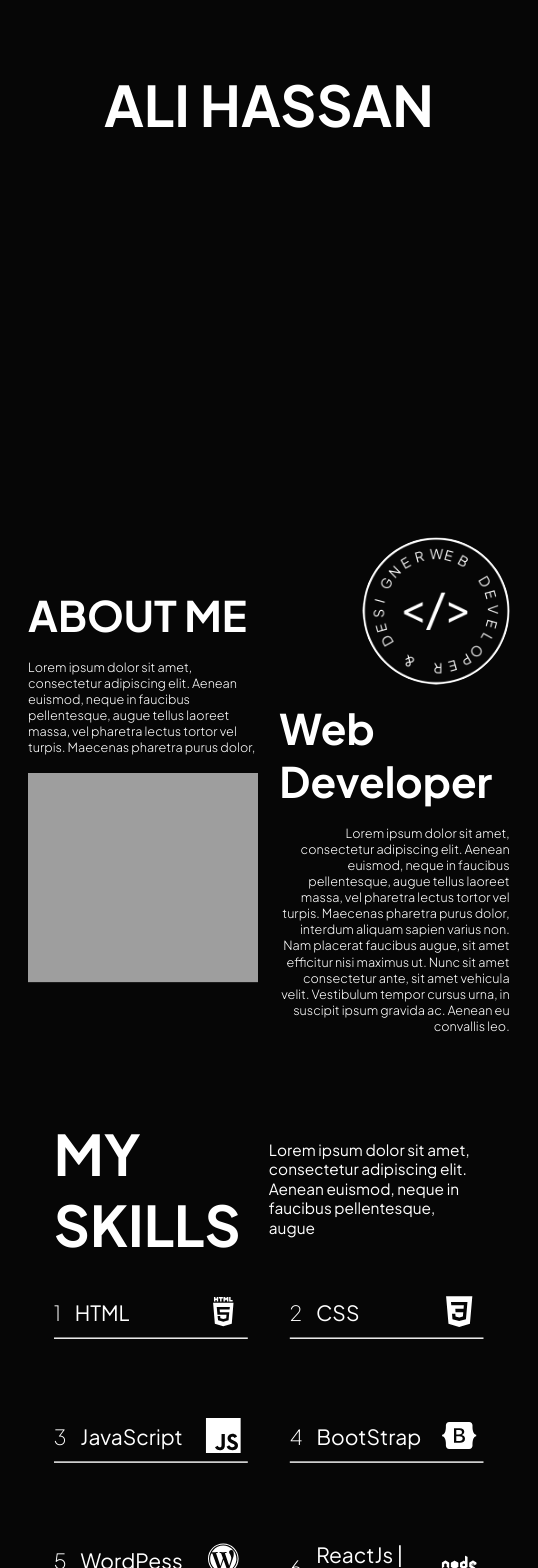
Repository: AliHassan02-Dev/PORTFOLIO
Page: / (app in Front-end/)
An editor plug-in stored every save of this project. The page is shown before and after the next save, followed by the edit.
The browser window is 768 px wide. The pictures show the part of the page from y = 444 to 2684 px (the page is 4042 px tall), at 70% of full size.
Pictures or frames that could not be fetched are drawn as grey boxes. The project was rebuilt for these pictures with package versions that can differ from the ones it lists, and the page was loaded fresh each time. Also part of the build but not shown: Front-end/vite.config.js, Front-end/src/Pages/Projects.jsx, Front-end/src/Pages/AllProjects.jsx, Front-end/src/Components/ProjectPreview.jsx.

Above is the page before, as saved 2024-08-24 07:28:51.

### Front-end/src/main.jsx
import React from 'react'
import ReactDOM from 'react-dom/client'
import App from './App.jsx'
import './App.css'
import { BrowserRouter, Route, Routes } from 'react-router-dom'
import AllProjects from './Pages/AllProjects.jsx'
import ProjectPreview from './Components/ProjectPreview.jsx'

ReactDOM.createRoot(document.getElementById('root')).render(
  <>
    <BrowserRouter>
      <Routes>
        <Route path='/' element={<App />} />
        <Route path='/Projects' element={<AllProjects />} />
        <Route path='/projects/projectPreview' element={<ProjectPreview />} />
      </Routes>
    </BrowserRouter>
  </>
)

### Front-end/src/App.jsx
import React, { useRef, useState } from "react";

import gsap from "gsap";
import { ScrollTrigger } from "gsap/ScrollTrigger";
import Home from "./Pages/Home";
import About from "./Pages/About";
import Skills from "./Pages/Skills";
import Projects from "./Pages/Projects";
import Footer from "./Components/Footer";
import Navbar from "./Components/Navbar";
import { Link } from "react-router-dom";
import ProjectsBox from "./Components/ProjectsBox";
gsap.registerPlugin(ScrollTrigger);

const App = () => {
  const [clickedOnOpen, setClickedOnOpen] = useState(false);
  console.log(clickedOnOpen);

  const tlMenu = gsap.timeline();
  if (clickedOnOpen === true) {
    tlMenu.to(".menu", {
      transform: "translateY(0%)",
      opacity: 1,
      duration: 1,
      ease: "bounce.out",
    });
  }
  if (clickedOnOpen === false) {
    tlMenu.to(".menu", {
      transform: "translateY(-100%)",
      opacity: 0,
      duration: 1,
      ease: "bounce.out",
    });
  }

  return (
    <div className="mainWrapper">
      <div className="menu">
        <div className="links">
          <a href="">Home</a>
          <a href="">About</a>
          <a href="">Skills</a>
          <a href="">Projects</a>
          <a href="" id="cv">
            Download CV
          </a>
        </div>
      </div>

      <Navbar
        clickedOnOpen={clickedOnOpen}
        setClickedOnOpen={setClickedOnOpen}
      />

      {/* HOME SECTION */}
      <Home />

      {/* ABOUT SECTION */}
      <About />

      {/* SKILLS SECTION */}
      <Skills />

      {/* PROJECTS SECTION */}
      <div className="projectsContainer">
        <div className="topBar">
          <div className="left">
            <h2>Recent Projects</h2>
          </div>
          <div className="right">
            <button>
              <Link to={"/projects"}>View All Projects</Link>
            </button>
          </div>
        </div>

        {<ProjectsBox />}
      </div>

      {/* FOOTER SECTION */}
      <Footer />
    </div>
  );
};

export default App;

### Front-end/src/App.css
@import url("https://fonts.googleapis.com/css2?family=Plus+Jakarta+Sans:ital,wght@0,200..800;1,200..800&display=swap");
* {
  margin: 0;
  padding: 0;
  box-sizing: border-box;
}

body {
  width: 100%;
  height: 100%;
  background-color: #060606;
  color: white;
  font-family: "Plus Jakarta Sans", sans-serif;
}

.mainWrapper {
  width: 100%;
  height: 100%;
  position: relative;
  overflow: hidden;
}

/* HOME CONTAINER CSS */
.homeContainer {
  width: 100vw;
  height: 1000px;
  display: flex;
  flex-direction: column;
}

/* NAVBAR CSS */
/* MENU CSS */
.menu {
  width: 100%;
  height: 1000px;
  position: fixed;
  background-color: #060606;
  transform: translateY(-100%);
  z-index: 20;
  display: flex;
  justify-content: center;
  align-items: center;
  opacity: 0;
}

.menu .links {
  width: 100%;
  display: flex;
  justify-content: center;
  align-items: center;
  flex-direction: column;
  height: 100%;
  gap: 40px;
}

.menu .links a {
  color: white;
  font-size: 40px;
  font-weight: 400;
  text-decoration: none;
  position: relative;
  padding-bottom: 10px;
}
.menu .links a::before {
  content: "";
  position: absolute;
  width: 0%;
  height: 2px;
  background-color: white;
  bottom: 0;
  left: 50%;
  transform: translateX(-50%);
  transition: all 0.3s ease-out;
}
.menu .links a:hover::before {
  width: 100%;
}

.navBar {
  margin: 30px auto;
  width: 80%;
  display: flex;
  justify-content: space-between;
  align-items: center;
  padding: 0px 20px;
  position: relative;
  /* left: 50%;
  transform: translateX(-50%); */
  z-index: 25;
}

.navBar a {
  text-decoration: none;
  font-size: 25px;
  font-weight: 600;
  color: white;
}

.navBar .menuBtn,
.navBar .menuBtn-active {
  width: 30px;
  height: 30px;
  display: flex;
  justify-content: center;
  align-items: flex-end;
  flex-direction: column;
  overflow: hidden;
  cursor: pointer;
  transition: all 0.3s ease-in-out;
  opacity: 1 !important;
}
.navBar .menuBtn span,
.navBar .menuBtn-active span {
  width: 100%;
  height: 3px;
  background-color: white;
  border-radius: 20px;
  cursor: pointer;
  transition: all 0.3s ease-in-out;
  opacity: 1 !important;
}
.navBar .menuBtn #line1 {
  transform: translateY(-8px);
}
.navBar .menuBtn #line2 {
  width: 70%;
}
.navBar .menuBtn #line3 {
  width: 40%;
  transform: translateY(8px);
}
/* ACTIVE CLASSES */
.navBar .menuBtn-active {
  width: 30px;
  height: 30px;
  transition: all 0.3s ease-in-out;
}

.navBar .menuBtn-active #line1 {
  transform: translateY(5px) rotate(45deg) !important;
}
.navBar .menuBtn-active #line2 {
  width: 70%;
  transform: translateX(150%) !important;
}
.navBar .menuBtn-active #line3 {
  width: 100%;
  transform: translateY(-1px) rotate(-45deg) !important;
}

/* HERO SECTION CSS */
.homeContainer .heroContainer {
  width: 100%;
  height: 100%;
  display: flex;
  flex-direction: column;
  justify-content: center;
  align-items: center;
  position: relative;
}

.homeContainer .heroContainer h2 {
  font-size: 180px;
  font-weight: bold;
  position: absolute;
  text-wrap: nowrap;
}
.homeContainer .heroContainer .nonStroke {
  z-index: 5;
}
.homeContainer .heroContainer .strokeText1,
.homeContainer .heroContainer .strokeText2 {
  -webkit-text-stroke: 2px #fff;
  -webkit-text-fill-color: #060606;
  opacity: 0;
}
.homeContainer .heroContainer .strokeText1 {
  transform: translateY(0%);
}
.homeContainer .heroContainer .strokeText2 {
  transform: translateY(0%);
}

/* HERO SECTION RESPONSIVE CSS */

@media (max-width: 1200px) {
  .homeContainer .heroContainer h2 {
    font-size: 110px;
  }
}

@media (max-width: 967px) {
  .homeContainer .heroContainer h2 {
    font-size: 80px;
  }
}

@media (max-width: 767px) {
  .homeContainer .heroContainer h2 {
    font-size: 70px;
  }
}

@media (max-width: 567px) {
  .homeContainer .heroContainer h2 {
    font-size: 50px;
  }
}

/* HERO SECTION END */

/* ABOUT SECTION CSS */
.mainWrapper .aboutContainer {
  width: 80%;
  height: 1000px;
  display: flex;
  justify-content: center;
  align-items: center;
  margin: auto;
  gap: 30px;
}

.mainWrapper .aboutContainer .left,
.mainWrapper .aboutContainer .right {
  flex: 1;
  display: flex;
  flex-direction: column;
  gap: 25px;
  overflow: hidden;
}

.mainWrapper .aboutContainer .left h2 {
  color: white;
  font-size: 80px;
  font-weight: bold;
}

.mainWrapper .aboutContainer .left p {
  color: white;
  font-size: 22px;
  font-weight: 300;
}

.mainWrapper .aboutContainer .left .imageBox {
  width: 100%;
  height: 350px;
  background-image: url(./assets/2.jpg);
  background-position: center;
  background-repeat: no-repeat;
  background-size: cover;
  transform-origin: top;
}

.mainWrapper .aboutContainer .right {
  align-items: flex-end;
}

.mainWrapper .aboutContainer .right .circleImg {
  width: 300px;
  height: 300px;
  border-radius: 100%;
  background-image: url(./assets/circleText.png);
  background-position: center;
  background-repeat: no-repeat;
  background-size: cover;
}

.mainWrapper .aboutContainer .right h2 {
  color: white;
  font-size: 80px;
  font-weight: bold;
}

.mainWrapper .aboutContainer .right p {
  color: white;
  font-size: 22px;
  font-weight: 300;
  text-align: right;
}

/* ABOUT SECTION RESPONSIVE */

@media (max-width: 1200px) {
  .mainWrapper .aboutContainer {
    width: 90%;
    height: auto;
    margin: 100px auto;
  }

  .mainWrapper .aboutContainer .left h2 {
    font-size: 60px;
  }

  .mainWrapper .aboutContainer .left p {
    font-size: 18px;
  }

  .mainWrapper .aboutContainer .left .imageBox {
    height: 300px;
  }

  .mainWrapper .aboutContainer .right .circleImg {
    width: 210px;
    height: 210px;
  }

  .mainWrapper .aboutContainer .right h2 {
    font-size: 60px;
  }

  .mainWrapper .aboutContainer .right p {
    font-size: 18px;
  }
}

@media (max-width: 768px) {
  .mainWrapper .aboutContainer {
    width: 100%;
    height: 100%;
    display: flex;
    justify-content: center;
    align-items: center;
    margin: 100px auto;
    gap: 30px;
    padding: 20px 40px;
  }
}

/* ABOUT SECTION CSS END */

/* SKILLS SECTION CSS */
.mainWrapper .skillsContainer {
  width: 80%;
  height: 1000px;
  display: flex;
  justify-content: center;
  flex-direction: column;
  margin: auto;
  gap: 30px;
  overflow: hidden;
}

.mainWrapper .skillsContainer .top {
  width: 100%;
  display: flex;
  justify-content: space-between;
  align-items: center;
}

.mainWrapper .skillsContainer .top .left,
.mainWrapper .skillsContainer .top .right {
  flex: 1;
}

.mainWrapper .skillsContainer .top .left h2 {
  font-size: 80px;
  font-weight: bold;
  color: white;
}
.mainWrapper .skillsContainer .top .right p {
  font-size: 22px;
}

.mainWrapper .skillsContainer .bottom {
  width: 100%;
  display: flex;
  justify-content: space-between;
  align-items: flex-start;
  margin: 20px 0px;
}

.mainWrapper .skillsContainer .bottom {
  width: 100%;
  height: 100%;
  display: grid;
  grid-template-columns: 1fr 1fr;
  grid-template-rows: auto auto auto auto;
  gap: 0px 60px;
}
.mainWrapper .skillsContainer .bottom .skillBar {
  width: 100%;
  display: flex;
  justify-content: space-between;
  align-items: center;
  padding-bottom: 10px;
  position: relative;
  cursor: pointer;
}
.mainWrapper .skillsContainer .bottom .skillBar .left {
  display: flex;
  align-items: center;
  gap: 20px;
}

.mainWrapper .skillsContainer .bottom .skillBar .left p {
  color: white;
  font-size: 30px;
  font-weight: 200;
}
.mainWrapper .skillsContainer .bottom .skillBar .left h2 {
  color: white;
  font-size: 30px;
  font-weight: 400;
}

.mainWrapper .skillsContainer .bottom .skillBar .right .skillLogo {
  font-size: 50px;
  color: white;
  margin-right: 10px;
}

/* PROJECTS SECTION CSS */
.mainWrapper .projectContainer {
  width: 80%;
  height: 1000px;
  display: flex;
  justify-content: center;
  flex-direction: column;
  margin: auto;
  gap: 30px;
}

.mainWrapper .projectContainer .top {
  width: 100%;
  display: flex;
  justify-content: space-between;
  align-items: center;
}

.mainWrapper .projectContainer .top .left,
.mainWrapper .projectContainer .top .right {
  flex: 1;
}

.mainWrapper .projectContainer .top .left h2 {
  font-size: 80px;
  font-weight: bold;
  color: white;
}
.mainWrapper .projectContainer .top .right p {
  font-size: 22px;
}

.mainWrapper .projectContainer .bottom {
  width: 100%;
  display: flex;
  margin-top: 50px;
}

.mainWrapper .projectContainer .bottom {
  display: flex;
  flex-direction: column;
  overflow: hidden;
  gap: 100px;
}

.mainWrapper .projectContainer .bottom .projectBar {
  display: flex;
  justify-content: space-between;
  align-items: center;
  padding-bottom: 5px;
  position: relative;
  cursor: pointer;
  cursor: pointer;
}
.line {
  width: 100%;
  height: 2px;
  background-color: white;
  position: absolute;
  bottom: 0;
  left: 0;
}
.projectLine {
  width: 100%;
  height: 2px;
  background-color: white;
  position: absolute;
  bottom: 0;
  left: 0;
}
.mainWrapper .projectContainer .bottom .projectBar .left {
  display: flex;
  align-items: center;
  gap: 20px;
}

.mainWrapper .projectContainer .bottom .projectBar .left p {
  color: white;
  font-size: 30px;
  font-weight: 200;
}
.mainWrapper .projectContainer .bottom .projectBar .left h2 {
  color: white;
  font-size: 30px;
  font-weight: 400;
}

.mainWrapper .projectContainer .bottom .projectBar .right .arrow {
  font-size: 30px;
  color: white;
  margin-right: 10px;
  transform: rotate(-40deg);
}

/* HORIZONTAL SCROLING CSS */

.aboutSection,
.skillsSection,
.projectSection {
  width: 100vw;
  height: 1000px;
}

.aboutSection {
  background-color: burlywood;
}

.skillsSection {
  background-color: peru;
}

.projectSection {
  background-color: palegoldenrod;
}

.horizontalScrolling {
  display: flex;
  flex-wrap: nowrap;
}

/* .containers {
  position: absolute;
  top: 0 !important;
  left: 50% !important;
  transform: translateX(100%) !important;
} */

/* RIBBONS SECTION CSS */
.mainWrapper .ribbonContainer {
  width: 100%;
  display: flex;
  align-items: center;
  margin: 50px 0px;
}

.mainWrapper .ribbonContainer p {
  color: white;
  font-size: 80px;
  font-weight: bold;
  text-wrap: nowrap;
}
.mainWrapper .ribbonContainer span {
  -webkit-text-stroke: 1px #fff;
  -webkit-text-fill-color: #060606;
}

/* FOOTER SECTION CSS */
.footer {
  width: 100%;
  display: flex;
  justify-content: space-between;
  align-items: center;
  width: 80%;
  margin: 40px auto;
}

.footer .left {
  display: flex;
  flex-direction: column;
  gap: 20px;
}

.footer .left .socialLinks {
  display: flex;
  align-items: center;
  gap: 20px;
}
.footer .left .socialLinks a {
  font-size: 20px;
  font-weight: 400;
  color: white;
  text-decoration: none;
}
.footer .left p {
  color: white;
  font-size: 18px;
  font-weight: 200;
}

.footer .right h2 {
  font-size: 40px;
  font-weight: 600;
  color: white;
  cursor: pointer;
}

/* ALL PROJECTS PAGE CSS */
.projectsContainer {
  width: 80%;
  height: 100%;
  margin: auto;
  padding: 40px 10px;
}

.projectsContainer .topBar {
  width: 100%;
  display: flex;
  justify-content: space-between;
  align-items: center;
}

.projectsContainer .topBar .left h2 {
  font-size: 60px;
  font-weight: bold;
  color: white;
}

.projectsContainer .topBar .right button {
  background: none;
  border: none;
  outline: none;
  position: relative;
  overflow: hidden;
}

.projectsContainer .topBar .right button a {
  color: white;
  font-size: 22px;
  font-weight: 400;
  text-decoration: none;
  position: relative;
  display: block;
  padding-bottom: 5px;
  transition: 0.3s transform linear;
}
.projectsContainer .topBar .right button a::before {
  content: "";
  position: absolute;
  width: 100%;
  height: 2px;
  background-color: white;
  bottom: 0%;
  transform: translateX(200%);
  display: block;
  transition: 0.3s transform linear;
}
.projectsContainer .topBar .right button:hover a::before {
  transform: translateX(0%);
  transition: 0.3s transform linear;
}

.projectsContainer .hdg {
  font-size: 60px;
  font-weight: bold;
  color: white;
}

.projectsContainer .projectsWrapper {
  width: 100%;
  height: 100%;
  display: grid;
  grid-template-columns: 1fr 1fr 1fr;
  gap: 25px;
  margin: 50px 0px;
}

.projectsContainer .projectsWrapper .projectBox {
  width: 100%;
  max-width: 520px;
  height: 520px;
  margin-bottom: 20px;
}

.projectsContainer .projectsWrapper .projectBox .thumbnail {
  width: 100%;
  height: 100%;
  position: relative;
  overflow: hidden;
}

.projectsContainer .projectsWrapper .projectBox .thumbnail img {
  width: 100%;
  height: 100%;
  object-fit: cover;
  border-radius: 10px;
}

.projectsContainer .projectsWrapper .projectBox .thumbnail .overlay {
  width: 100%;
  height: 100%;
  display: flex;
  justify-content: center;
  align-items: center;
  gap: 40px;
  background-color: rgba(0, 0, 0, 0.6);
  position: absolute;
  top: -100%;
  transition: all 0.3s ease-in-out;
  border-radius: 10px;
}
.projectsContainer .projectsWrapper .projectBox .thumbnail:hover .overlay {
  top: 0;
}

.projectsContainer .projectsWrapper .projectBox .thumbnail .overlay .iconBox {
  display: flex;
  justify-content: center;
  align-items: center;
  padding: 15px;
  border-radius: 100%;
  cursor: pointer;
  transition: all 0.3s ease-in-out;
}
.projectsContainer
  .projectsWrapper
  .projectBox
  .thumbnail
  .overlay
  .iconBox:hover {
  background-color: rgba(255, 255, 255, 0.25);
  backdrop-filter: blur(20px);
}

.projectsContainer .projectsWrapper .projectBox .thumbnail .overlay .linkIcon {
  font-size: 25px;
  color: white;
}

/* PROJECT DETAILS CSS */
.projectDetails {
  width: 80%;
  height: 100%;
  display: flex;
  justify-content: space-between;
  margin: 40px auto;
  gap: 40px;
}

.projectDetails .left {
  flex: 2;
}

.projectDetails .left img {
  width: 100%;
}

.projectDetails .right {
  flex: 1;
  display: flex;
  flex-direction: column;
  gap: 40px;
  margin: 20px 0px;
}

.projectDetails .right .projectContent {
  width: 100%;
  padding: 20px;
  display: flex;
  flex-direction: column;
  gap: 20px;
  border-bottom: 1px solid rgba(255, 255, 255, 0.45);
}

.projectDetails .right .projectContent h2 {
  color: white;
  font-size: 25px;
  font-weight: 600;
}

.projectDetails .right .projectContent p {
  color: white;
  font-size: 20px;
  font-weight: 400;
}

.projectDetails .right .projectTechnology {
  border-bottom: 1px solid rgba(255, 255, 255, 0.45);
  width: 100%;
  padding: 20px;
  display: flex;
  justify-content: center;
  flex-direction: column;
  gap: 20px;
}

.projectDetails .right .projectTechnology h2 {
  color: white;
  font-size: 24px;
  font-weight: 600;
}

.projectDetails .right .projectTechnology .icons {
  display: flex;
  align-items: center;
  gap: 40px;
  flex-wrap: wrap;
}

.projectDetails .right .projectTechnology .techName {
  color: white;
  font-size: 60px;
  cursor: pointer;
  padding: 8px;
  transition: 0.3s ease-in-out;
}

.techName {
  color: white;
  font-size: 40px;
  cursor: pointer;
  padding: 8px;
  transition: 0.3s ease-in-out;
}

/* SKILL LOGOS COLOR */
.projectDetails .right .projectTechnology .techName:hover.html {
  background-color: #f16529;
  padding: 8px;
  border-radius: 5px;
}
.projectDetails .right .projectTechnology .techName:hover.css {
  background-color: #264de4;
  padding: 8px;
  border-radius: 5px;
}
.projectDetails .right .projectTechnology .techName:hover.js {
  color: #f7e018 !important;
  padding: 8px;
}
.projectDetails .right .projectTechnology .techName:hover.react {
  background-color: #61dbfb;
  padding: 8px;
  border-radius: 5px;
}
.projectDetails .right .projectTechnology .techName:hover.wordpress {
  background-color: #21759b;
  padding: 8px;
  border-radius: 5px;
}
.projectDetails .right .projectTechnology .techName:hover.node,
.projectDetails .right .projectTechnology .techName:hover.mongodb {
  background-color: #539e43;
  padding: 8px;
  border-radius: 5px;
}
.projectDetails .right .projectTechnology .techName:hover.vite {
  background: linear-gradient(
    90deg,
    rgba(88, 194, 254, 1) 0%,
    rgba(175, 83, 255, 1) 100%
  );
  padding: 8px;
  border-radius: 5px;
}

.techName:hover.figma {
  background: linear-gradient(
    180deg,
    rgba(242, 78, 30, 1) 0%,
    rgba(255, 114, 98, 1) 25%,
    rgba(162, 89, 255, 1) 50%,
    rgba(26, 188, 254, 1) 75%,
    rgba(10, 207, 131, 1) 100%
  );
  padding: 8px;
  border-radius: 5px;
}
.techName:hover.website {
  background: gray;
  padding: 8px;
  border-radius: 5px;
}

.projectDetails .right .links {
  border-bottom: 1px solid rgba(255, 255, 255, 0.45);
  width: 100%;
  padding: 20px;
  display: flex;
  flex-direction: column;
  justify-content: center;
  gap: 20px;
}

.projectDetails .right .links h2 {
  color: white;
  font-size: 24px;
  font-weight: 600;
}

.projectDetails .right .links .icons {
  display: flex;
  align-items: center;
  flex-direction: row;
  gap: 20px;
}

.projectDetails .right .links .linkIcon {
  color: white;
  font-size: 50px;
  padding: 10px;
  border-radius: 100%;
  cursor: pointer;
  transition: 0.3s ease-in-out;
}
.projectDetails .right .links .linkIcon:hover {
  background-color: rgba(255, 255, 255, 0.25);
  backdrop-filter: blur(20px);
}

### Front-end/src/Pages/Home.jsx
import React from 'react'
import { useGSAP } from '@gsap/react';
import gsap from 'gsap';
import { ScrollTrigger } from 'gsap/ScrollTrigger';
import Navbar from '../Components/Navbar';
gsap.registerPlugin(ScrollTrigger);

const Home = () => {

    // useGSAP(() => {
    //     // HOME SECTION ANIMATIONS

    //     let tlHome = gsap.timeline({
    //         scrollTrigger: {
    //             trigger: '.homeContainer',
    //             scoller: 'body',
    //             markers: true,
    //             start: 'top 0%',
    //             end: 'top -100%',
    //             scrub: 1,
    //             pin: true,
    //         }
    //     })

    //     tlHome.from('.homeContainer .heroContainer .nonStroke', {
    //         opacity: 0,
    //         duration: 1,
    //     })
    //     tlHome.to('.homeContainer .heroContainer .strokeText1', {
    //         transform: 'translateY(-80%)',
    //         opacity: 1,
    //         duration: 1,
    //     })
    //     tlHome.to('.homeContainer .heroContainer .strokeText2', {
    //         transform: 'translateY(80%)',
    //         opacity: 1,
    //         duration: 1,
    //     })
    // })

    return (
        <div className='homeContainer'>
            {/* <Navbar /> */}
            <div className="heroContainer">
                <h2 className='strokeText1'>WEB DEVELOPER</h2>
                <h2 className='nonStroke'>ALI HASSAN</h2>
                <h2 className='strokeText2'>WEB DESIGNER</h2>
            </div>
        </div>
    )
}

export default Home

### Front-end/src/Components/Footer.jsx
import React from "react";

const Footer = () => {
  return (
    <div className="footer">
      <div className="left">
        <p>All Rights Reserved By AHS 2024</p>
      </div>
      <div className="right">
        <h2>LET'S TALK</h2>
      </div>
    </div>
  );
};

export default Footer;

### Front-end/src/Components/Navbar.jsx
import React, { useEffect, useState } from 'react'
import { useGSAP } from '@gsap/react';
import gsap from 'gsap';
import { ScrollTrigger } from 'gsap/ScrollTrigger';
gsap.registerPlugin(ScrollTrigger)

const Navbar = ({ setClickedOnOpen, clickedOnOpen }) => {

    const handleClick = () => {
        setClickedOnOpen(!clickedOnOpen)
    }
    // useGSAP(() => {
    //     gsap.from('.navBar a', {
    //         transform: 'translateY(-10px)',
    //         opacity: 0,
    //         duration: 0.5,
    //         delay: 0.5
    //     })
    //     gsap.from('.navBar .menuBtn, .navBar .menuBtn-active', {
    //         transform: 'translateY(-10px)',
    //         opacity: 0,
    //         duration: 0.5,
    //         delay: 0.8
    //     })
    //     gsap.from('.navBar .menuBtn span, .navBar .menuBtn-active span', {
    //         transform: 'translateX(200px)',
    //         opacity: 0,
    //         duration: 0.5,
    //         delay: 1,
    //         stagger: 0.3
    //     })
    // })
    return (
        <div className='navBar'>
            {/* <div className="left"> */}
            <a href="">PORTFOLIO</a>
            {/* </div> */}
            {/* <div className="right"> */}
            <div className={`${clickedOnOpen ? 'menuBtn-active' : 'menuBtn'}`} onClick={handleClick}>
                <span id='line1'></span>
                <span id='line2'></span>
                <span id='line3'></span>
                {/* </div> */}
            </div>
        </div>
    )
}

export default Navbar

### Front-end/src/Components/ProjectsBox.jsx
import React from "react";
import { GoLink } from "react-icons/go";
import { FaArrowUpRightFromSquare } from "react-icons/fa6";
import { projectsData } from "../data";
import { Link, useNavigate } from "react-router-dom";

const ProjectsBox = () => {
  const navigate = useNavigate();

  return (
    <div className="projectsWrapper">
      {projectsData?.map((projects) => {
        return (
          <div className="projectBox">
            <div className="thumbnail">
              <img src={projects?.thumbnail} alt="" />
              <div className="overlay">
                <div className="iconBox">
                  <Link target={"_blank"} to={projects?.websiteLink}>
                    <GoLink className="linkIcon" />
                  </Link>
                </div>
                <div
                  className="iconBox"
                  onClick={() =>
                    navigate("/projects/projectPreview", { state: projects })
                  }
                >
                  <FaArrowUpRightFromSquare className="linkIcon" />
                </div>
              </div>
            </div>
          </div>
        );
      })}
    </div>
  );
};
export default ProjectsBox;

Loaded but not shown: Front-end/index.html (common file); Front-end/src/data.js (59 lines, source omitted); Front-end/src/Pages/Skills.jsx (169 lines, source omitted); Front-end/src/Pages/About.jsx (80 lines, source omitted)

After the next save:
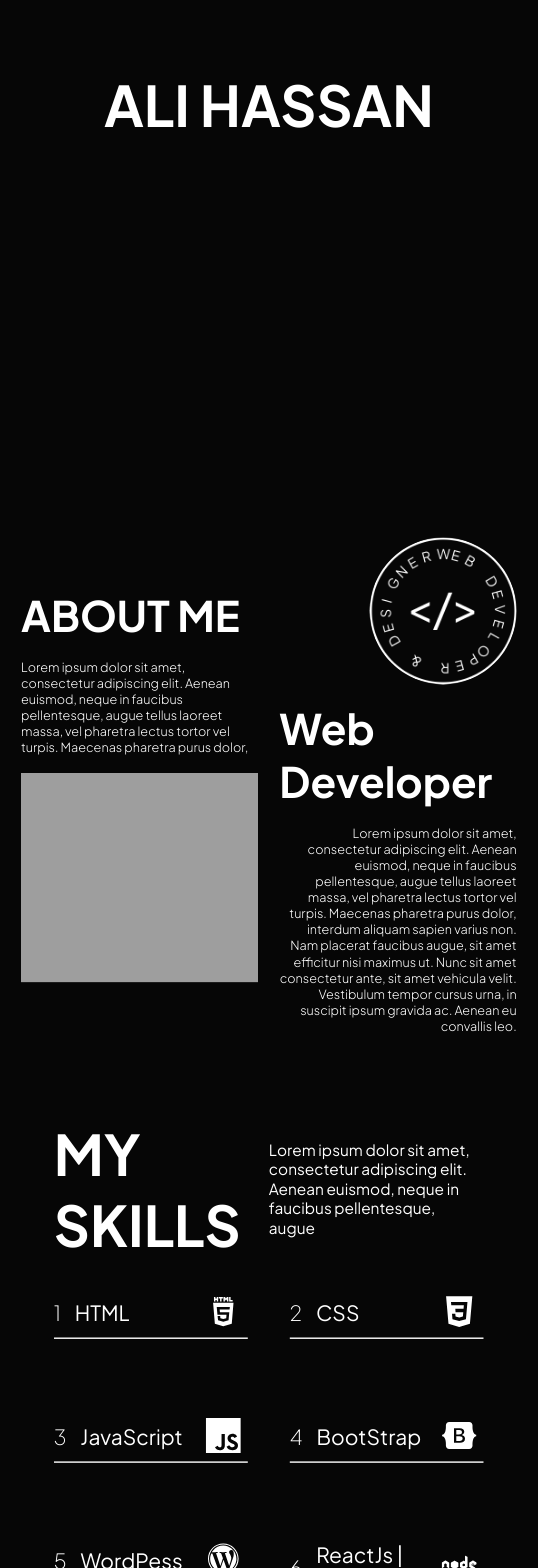
Saved 7 s later.
--- a/Front-end/src/App.css
+++ b/Front-end/src/App.css
@@ -322,7 +322,7 @@ body {
     align-items: center;
     margin: 100px auto;
     gap: 30px;
-    padding: 20px 40px;
+    padding: 20px 30px;
   }
 }
 
